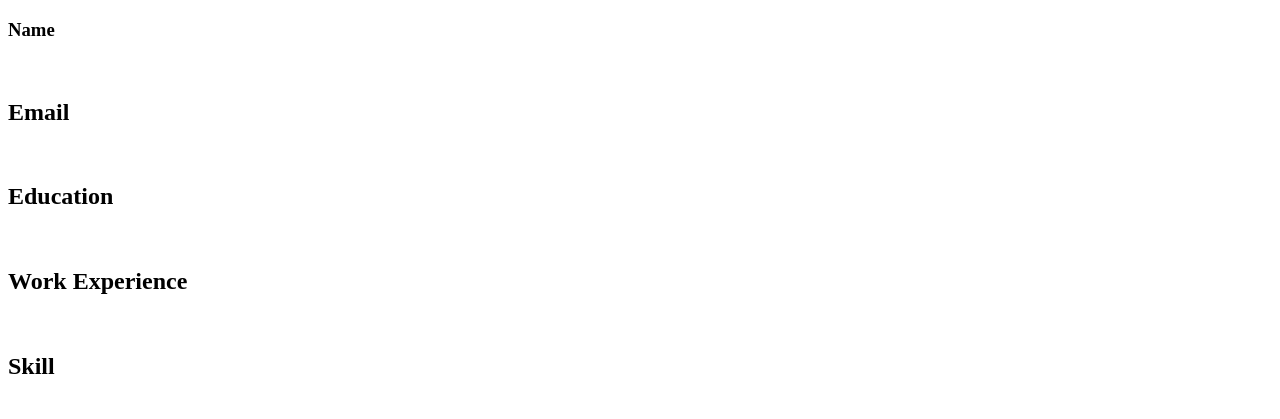
Repository: henokkeleta/SpringIt2
Page: http://localhost/WeekFour/OutPut.jsp
An editor plug-in stored every save of this project. The page is shown before and after the next save, followed by the edit.
The browser window is 1280 px wide. The pictures show the whole page.
The page is served by Tomcat 9.

Above is the page before, as saved 2017-06-16 21:15:01.

After the next save:
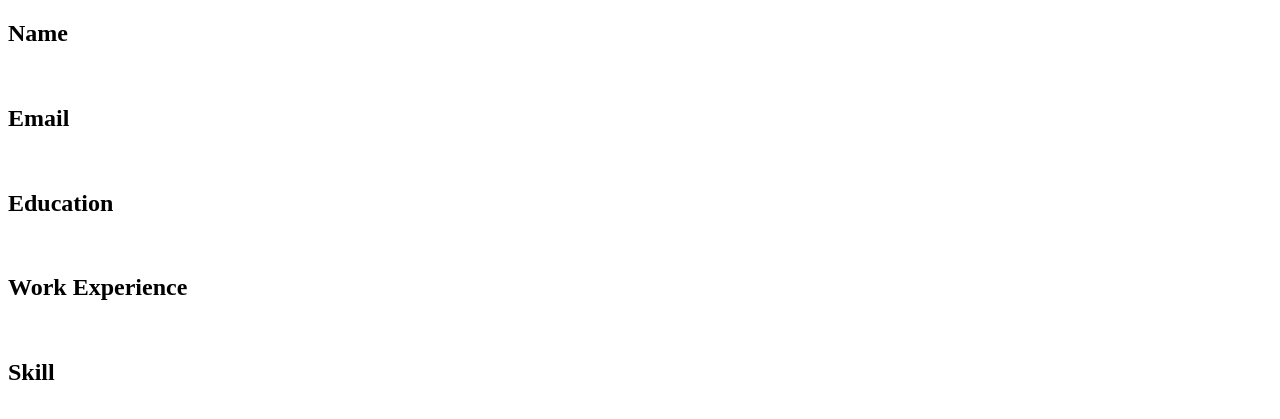
Saved 102 s later.
--- a/WeekFour/WebContent/OutPut.jsp
+++ b/WeekFour/WebContent/OutPut.jsp
@@ -8,16 +8,16 @@
 </head>
 <body>
 <!-- In this jsp i need to bring all sessions and display the output from each webform -->
-<h3>Name</h3>
-<h2>${message1}</h2><br>
+<h2>Name</h2>
+<h3>${message1}</h3><br>
 <h2>Email</h2>
-<h2>${message2}</h2><br>
+<h3>${message2}</h3><br>
 <h2>Education</h2>
-<h2>${message3}</h2><br>
+<h3>${message3}</h3><br>
 <h2>Work Experience</h2>
-<h2>${message4}</h2><br>
+<h3>${message4}</h3><br>
 <h2>Skill</h2>
-<h2>${message5}</h2><br>
+<h3>${message5}</h3><br>
 
 </body>
 </html>
